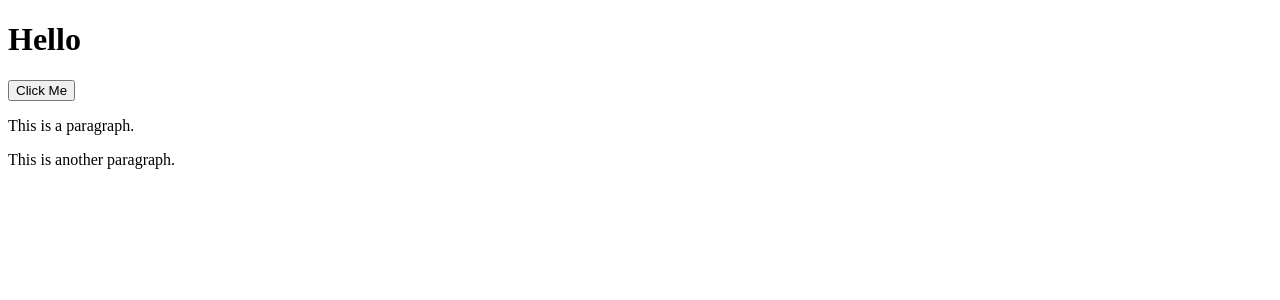
Repository: jnguyen113/DOM-Manipulation
Page: index.html
An editor plug-in stored every save of this project. The page is shown before and after a run of saves, followed by the edit.
The browser window is 1280 px wide. The pictures show the whole page.

Above is the page before, as saved 2020-06-12 10:44:31.

### index.html
<!DOCTYPE html>
<html>

<body>
    <h1 class="title">Hello</h1>
    <button class = "changeColor">Click Me</button>
    <div id="div1">
        <p id="p1">This is a paragraph.</p>
        <p id="p2">This is another paragraph.</p>
    </div>



</body>
<script src="main.js"></script>

</html>

### main.js
const text = document.querySelector('.title');
const changeColor = document.querySelector('.changeColor');

After the next 2 saves:
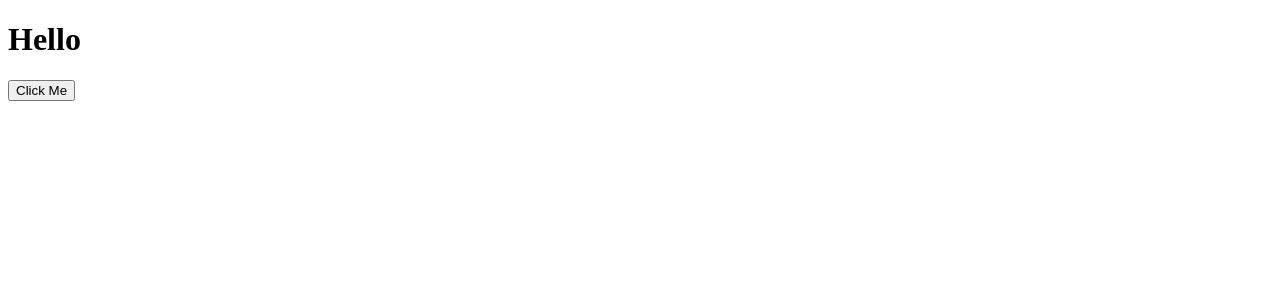
The 2 saves are shown as one change because they came seconds apart.
The last was saved 53 s later.
--- a/index.html
+++ b/index.html
@@ -4,12 +4,6 @@
 <body>
     <h1 class="title">Hello</h1>
     <button class = "changeColor">Click Me</button>
-    <div id="div1">
-        <p id="p1">This is a paragraph.</p>
-        <p id="p2">This is another paragraph.</p>
-    </div>
-
-
 
 </body>
 <script src="main.js"></script>
